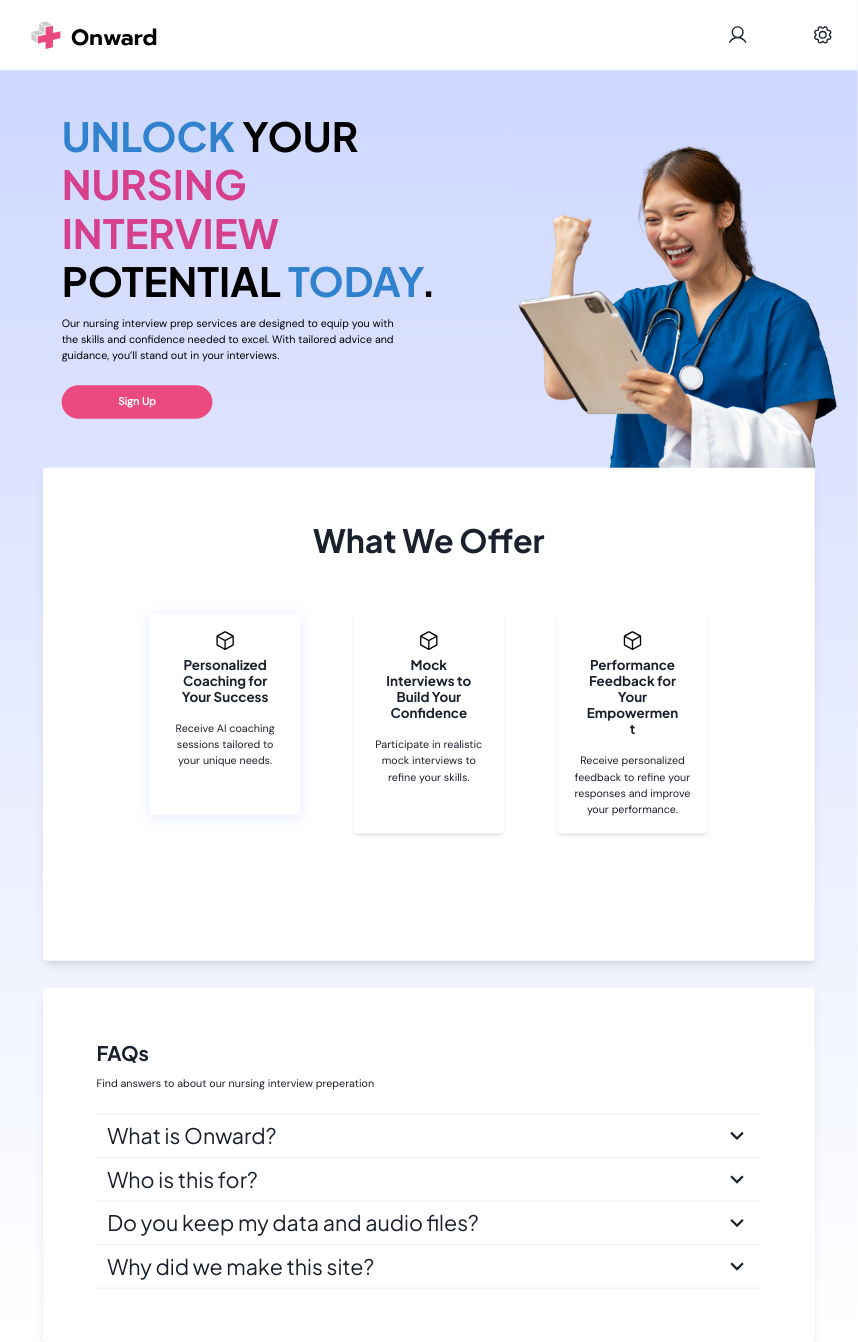
Repository: Aladdin3r/onward
Page: /landing-page
An editor plug-in stored every save of this project. The page is shown before and after a run of saves, followed by the edit.
The browser window is 1280 px wide. The pictures show the whole page, at 67% of full size.
The project was rebuilt for these pictures with package versions that can differ from the ones it lists, and the page was loaded fresh each time. The framework's server and built-in components were replaced by stand-ins that run in the browser. Also part of the build but not shown: next.config.mjs.

Above is the page before, as saved 2024-10-29 03:25:06.

### pages/_app.js
import { ChakraProvider } from "@chakra-ui/react";
import theme from "@/styles/theme";

function MyApp({ Component, pageProps }) {
  return (
    <ChakraProvider theme={theme}>
      <Component {...pageProps} />
    </ChakraProvider>
  );
}

export default MyApp;

### pages/_document.js
import { Html, Head, Main, NextScript } from "next/document";

export default function Document() {
  return (
    <Html lang="en">
      <Head>
        <link
          href="https://fonts.googleapis.com/css2?family=DM+Sans:wght@400&family=Plus+Jakarta+Sans:wght@400;600;700&display=swap"
          rel="stylesheet"
        />
      </Head>
      <body>
        <Main />
        <NextScript />
      </body>
    </Html>
  );
}

### pages/landing-page.js
import {
    Box,
    Flex,
    Heading,
    Text,
    Stack,
    Button,
    Accordion,
    AccordionItem,
    AccordionButton,
    AccordionPanel,
    AccordionIcon,
    Image
} from "@chakra-ui/react";
import TopNav from "@/styles/components/TopNav";
import { useRouter } from 'next/router';

export default function Home() {
    const router = useRouter();

    // Button action function
    const handleSignUp = () => {
        router.push('/signup'); // Navigate to the sign-up page
    };

    return (
        <Box
            bgGradient="linear(to-b, #CBD5FF, #FFFFFF)"
            minH="100vh"

        >
            {/* Hero Section */}
            <TopNav />

            <Flex
                p={3}
                width="100%"
                mb={0}
                flexDirection="row"
                alignItems="center"
                justifyContent="space-between"
                gap="2rem"
            >
                <Flex flexDirection="column" zIndex={1} ml="20">
                    <Heading
                        fontFamily="heading"
                        fontSize="6xl"
                        fontWeight="bold"
                        width="88%"
                        mb={4}
                    >
                        <Text as="span" color="blue.500">UNLOCK </Text>
                        <Text as="span" color="black">YOUR </Text>
                        <Text as="span" color="pink.500">NURSING INTERVIEW </Text>
                        <Text as="span" color="black">POTENTIAL </Text>
                        <Text as="span" color="blue.500">TODAY</Text>
                        <Text as="span" color="black">. </Text>
                    </Heading>
                    <Text fontFamily="body" fontSize="x" color="black" mb={6} width="78%">
                        Our nursing interview prep services are designed to equip you with the skills and confidence needed to excel. With tailored advice and guidance, you’ll stand out in your interviews.
                    </Text>
                    <Button
                        mt="2"
                        bg="#EA4A7D"
                        color="#FFFFFF"
                        width="50%"
                        height="50px"
                        maxW="225px"
                        fontWeight="semibold"
                        fontSize="16px"
                        borderRadius="full"
                        px="6"
                        mb="6"
                    >
                        Sign Up
                    </Button>
                </Flex>

                <Box width="95%" >
                    <Image
                        src="/images/ipad-nurse.png"
                        alt="IPad Nurse"
                        width="100%"
                        height="auto"
                        objectFit="cover"
                        ml={-15}
                    />
                </Box>
            </Flex>


            {/* What We Offer Section */}
            <Box p={40} textAlign="center" borderRadius="md" boxShadow="lg" maxW="90%" mx="auto" bg={"white"} mt={-3}>
                <Heading fontFamily="heading" fontSize="5xl" mb={20} mt={-20}>What We Offer</Heading>
                <Flex justify="center" gap={20} mb={30}>
                    <Stack
                        width="300px"
                        height="300px"
                        borderRadius="md"
                        boxShadow={`0 4px 20px rgba(203, 213, 255, 0.5)`} // Custom shadow color
                        p={6}
                        textAlign="center"
                        alignItems="center"
                    >
                        <svg xmlns="http://www.w3.org/2000/svg" width="32" height="32" fill="#000000" viewBox="0 0 256 256"><path d="M223.68,66.15,135.68,18h0a15.88,15.88,0,0,0-15.36,0l-88,48.17a16,16,0,0,0-8.32,14v95.64a16,16,0,0,0,8.32,14l88,48.17a15.88,15.88,0,0,0,15.36,0l88-48.17a16,16,0,0,0,8.32-14V80.18A16,16,0,0,0,223.68,66.15ZM128,32h0l80.34,44L128,120,47.66,76ZM40,90l80,43.78v85.79L40,175.82Zm96,129.57V133.82L216,90v85.78Z"></path></svg>
                        <Heading width="80%" fontFamily="heading" fontSize="xl" mb={4}>Personalized Coaching for Your Success</Heading>
                        <Text fontFamily="body">
                            Receive AI coaching sessions tailored to your unique needs.
                        </Text>
                    </Stack>
                    <Stack width="300px" borderRadius="md" boxShadow="md" p={6} textAlign="center" alignItems="center">
                        <svg xmlns="http://www.w3.org/2000/svg" width="32" height="32" fill="#000000" viewBox="0 0 256 256"><path d="M223.68,66.15,135.68,18h0a15.88,15.88,0,0,0-15.36,0l-88,48.17a16,16,0,0,0-8.32,14v95.64a16,16,0,0,0,8.32,14l88,48.17a15.88,15.88,0,0,0,15.36,0l88-48.17a16,16,0,0,0,8.32-14V80.18A16,16,0,0,0,223.68,66.15ZM128,32h0l80.34,44L128,120,47.66,76ZM40,90l80,43.78v85.79L40,175.82Zm96,129.57V133.82L216,90v85.78Z"></path></svg>
                        <Heading width="80%" fontFamily="heading" fontSize="xl" mb={4}>Mock Interviews to Build Your Confidence</Heading>
                        <Text fontFamily="body">
                            Participate in realistic mock interviews to refine your skills.
                        </Text>
                    </Stack>
                    <Stack width="300px" borderRadius="md" boxShadow="md" p={6} textAlign="center" alignItems="center">
                        <svg xmlns="http://www.w3.org/2000/svg" width="32" height="32" fill="#000000" viewBox="0 0 256 256"><path d="M223.68,66.15,135.68,18h0a15.88,15.88,0,0,0-15.36,0l-88,48.17a16,16,0,0,0-8.32,14v95.64a16,16,0,0,0,8.32,14l88,48.17a15.88,15.88,0,0,0,15.36,0l88-48.17a16,16,0,0,0,8.32-14V80.18A16,16,0,0,0,223.68,66.15ZM128,32h0l80.34,44L128,120,47.66,76ZM40,90l80,43.78v85.79L40,175.82Zm96,129.57V133.82L216,90v85.78Z"></path></svg>
                        <Heading width="80%" fontFamily="heading" fontSize="xl" mb={4}>Performance Feedback for Your Empowerment</Heading>
                        <Text fontFamily="body">
                            Receive personalized feedback to refine your responses and improve your performance.
                        </Text>
                    </Stack>
                </Flex>
            </Box>

            {/* FAQ Section */}
            <Box p={20} borderRadius="md" boxShadow="lg" maxW="90%" mx="auto" bg={"white"} mt={10}>
                <Heading fontFamily="heading" fontSize="3xl" textAlign="left" mb={4}>FAQs</Heading>
                <Text fontFamily="body" fontSize="s" textAlign="left" mb={8}>
                    Find answers to about our nursing interview preperation
                </Text>
                <Accordion allowToggle>
                    <AccordionItem>
                        <h2>
                            <AccordionButton>
                                <Box as="span" flex="1" textAlign="left" fontFamily="heading">What is Onward?</Box>
                                <AccordionIcon />
                            </AccordionButton>
                        </h2>
                        <AccordionPanel pb={4} fontFamily="body">
                            Onward is an AI-powered personal interview coach designed for nurses to enhance their job interview skills.
                        </AccordionPanel>
                    </AccordionItem>
                    <AccordionItem>
                        <h2>
                            <AccordionButton>
                                <Box as="span" flex="1" textAlign="left" fontFamily="heading">Who is this for?</Box>
                                <AccordionIcon />
                            </AccordionButton>
                        </h2>
                        <AccordionPanel pb={4} fontFamily="body">
                            This service is designed for nurses, especially those new to the Canadian healthcare system.
                        </AccordionPanel>
                    </AccordionItem>
                    <AccordionItem>
                        <h2>
                            <AccordionButton>
                                <Box as="span" flex="1" textAlign="left" fontFamily="heading">Do you keep my data and audio files?</Box>
                                <AccordionIcon />
                            </AccordionButton>
                        </h2>
                        <AccordionPanel pb={4} fontFamily="body">
                            Yes, we securely store data as per our privacy policy to enhance your interview coaching experience.
                        </AccordionPanel>
                    </AccordionItem>
                    <AccordionItem>
                        <h2>
                            <AccordionButton>
                                <Box as="span" flex="1" textAlign="left" fontFamily="heading">Why did we make this site?</Box>
                                <AccordionIcon />
                            </AccordionButton>
                        </h2>
                        <AccordionPanel pb={4} fontFamily="body">
                            Onward aims to empower nurses by providing interview preparation tools tailored to their needs.
                        </AccordionPanel>
                    </AccordionItem>
                </Accordion>
            </Box>        </Box>
    );
}

### styles/theme.js
import { extendTheme } from "@chakra-ui/react";
import { theme as chakraTheme } from "@chakra-ui/react";
import Button from './components/Button';
import { Stepper } from "@chakra-ui/react";

const fonts = {
    ...chakraTheme.fonts,
    body: "DM Sans",
    heading: "Plus Jakarta Sans",
}

const overrides = {
    ...chakraTheme,
    fonts,
    components: {
        Button: {
            ...Button,
        },
    },
    fontWeights: {
        normal: 400,
        medium: 500,
        bold: 700,
    },
    fontSizes: {
        xxs: "14pt",
        xs: "16pt",
        sm: "20pt",
        md: "24pt",
        lg: "32pt",
    },
    colors: {
       brand: {
        blushPink: "#EA4A7D",
        pastelBlue: "#CBD5FF",
        blueberryCreme: "#EBEFFF",
        frostWhite: "#FAFAFA",
        nightBlack: "#1f1f1f",
        platinum: "#e2e2e2",
        confirmationGreen: "#61CD3D",
        imperialRed: "EA4A4D",
        canaryYellow: "#EAE84A",
        oceanBlue: "#214DDF",
        pureWhite: "#FFFFFF"
        }
    },
    styles: {
        global: {
            body: {
                bg: "frostWhite",
            },
        },
    },
}

const customTheme = extendTheme(overrides);

export default customTheme;

### styles/components/TopNav.js
'use client'
import {
    Box,
    Flex,
    useColorModeValue,
    IconButton,
    Image,
    Link,
} from "@chakra-ui/react";
import { User, Gear } from "@phosphor-icons/react";

export default function TopNav() {
    const bgColor = useColorModeValue('#fff', 'brand.nightBlack');

    return (
        <Box bg={bgColor} px={4} borderBottom="1px solid #E6EAF2">
            <Flex h={"104px"} alignItems={'center'} justifyContent={'space-between'}>
                <Box fontSize={{ base: 'md', md: 'lg' }}>
                    <Link href="/">
                        <Image src="logo.svg" boxSize="253px" alt="Onward Logo" style={{ padding: "30px" }} />
                    </Link>
                </Box>
                <Flex alignItems={'center'}>
                    <Link href="/user">
                        <IconButton
                            aria-label="User settings"
                            icon={<User />}
                            variant="ghost"
                            mr="55px"
                        />
                    </Link>
                    <Link href="/settings">
                        <IconButton
                            aria-label="Settings"
                            icon={<Gear />}
                            variant="ghost"
                        />
                    </Link>
                </Flex>
            </Flex>
        </Box>
    );
}

### styles/components/Button.js
const Button = {
    baseStyle: {
      display: 'flex',
      borderRadius: '999px',
      fontFamily: 'DM Sans',
      _hover: {
        boxShadow: '0px 4px 4px 0px rgba(0, 0, 0, 0.45)',
      },
      padding: 3,
    },
    sizes: {
      xs: {
        fontSize: ['12pt', '14pt', '16pt'], // Responsive font sizes for xs
        px: [2, 3], // Responsive padding
      },
      sm: {
        fontSize: ['14pt', '16pt', '20pt'],
        px: [2, 4],
      },
      md: {
        fontSize: ['16pt', '20pt', '24pt'],
        px: [3, 5],
      },
      lg: {
        fontSize: ['20pt', '28pt', '32pt'],
        px: [4, 6],
      },
    },
    variants: {
      lgPrimary: {
        bg: 'brand.blushPink',
        color: 'brand.frostWhite',
        width: ['100%', '325px'], // 100% width on smaller screens
        height: '72px',
        fontSize: ['20pt', '28pt', '32pt'], // Responsive font size
        borderRadius: '999px',
      },
      mdPrimary: {
        bg: 'brand.blushPink',
        color: 'brand.frostWhite',
        width: ['100%', '225px'],
        height: '72px',
        fontSize: ['16pt', '20pt', '24pt'],
        borderRadius: '999px',
      },
      smPrimary: {
        bg: 'brand.blushPink',
        color: 'brand.frostWhite',
        width: ['100%', '150px'],
        height: '64px',
        fontSize: ['14pt', '16pt', '20pt'],
        borderRadius: '999px',
      },
      xsPrimary: {
        bg: 'brand.blushPink',
        color: 'brand.frostWhite',
        width: ['100%', '117px'],
        height: '32px',
        fontSize: ['12pt', '14pt', '18pt'],
        borderRadius: '999px',
      },
      lgSecondary: {
        bg: 'brand.platinum',
        color: 'brand.nightBlack',
        width: ['100%', '325px'],
        height: '72px',
        fontSize: ['20pt', '28pt', '32pt'],
        borderRadius: '999px',
        _hover: {
          bg: 'brand.blushPink',
          color: 'brand.frostWhite',
          boxShadow: '0px 4px 4px 0px rgba(0, 0, 0, 0.45)',
        },
      },
      mdSecondary: {
        bg: 'brand.platinum',
        color: 'brand.nightBlack',
        width: ['100%', '225px'],
        height: '72px',
        fontSize: ['16pt', '20pt', '24pt'],
        borderRadius: '999px',
        _hover: {
          bg: 'brand.blushPink',
          color: 'brand.frostWhite',
          boxShadow: '0px 4px 4px 0px rgba(0, 0, 0, 0.45)',
        },
      },
      smSecondary: {
        bg: 'brand.platinum',
        color: 'brand.nightBlack',
        width: ['100%', '150px'],
        height: '64px',
        fontSize: ['14pt', '16pt', '20pt'],
        borderRadius: '999px',
        _hover: {
          bg: 'brand.blushPink',
          color: 'brand.frostWhite',
          boxShadow: '0px 4px 4px 0px rgba(0, 0, 0, 0.45)',
        },
      },
      xsSecondary: {
        bg: 'brand.platinum',
        color: 'brand.nightBlack',
        width: ['100%', '117px'],
        height: '32px',
        fontSize: ['12pt', '14pt', '18pt'],
        borderRadius: '999px',
        _hover: {
          bg: 'brand.blushPink',
          color: 'brand.frostWhite',
          boxShadow: '0px 4px 4px 0px rgba(0, 0, 0, 0.45)',
        },
      },
    },
  };

  export default Button;

After the next 4 saves:
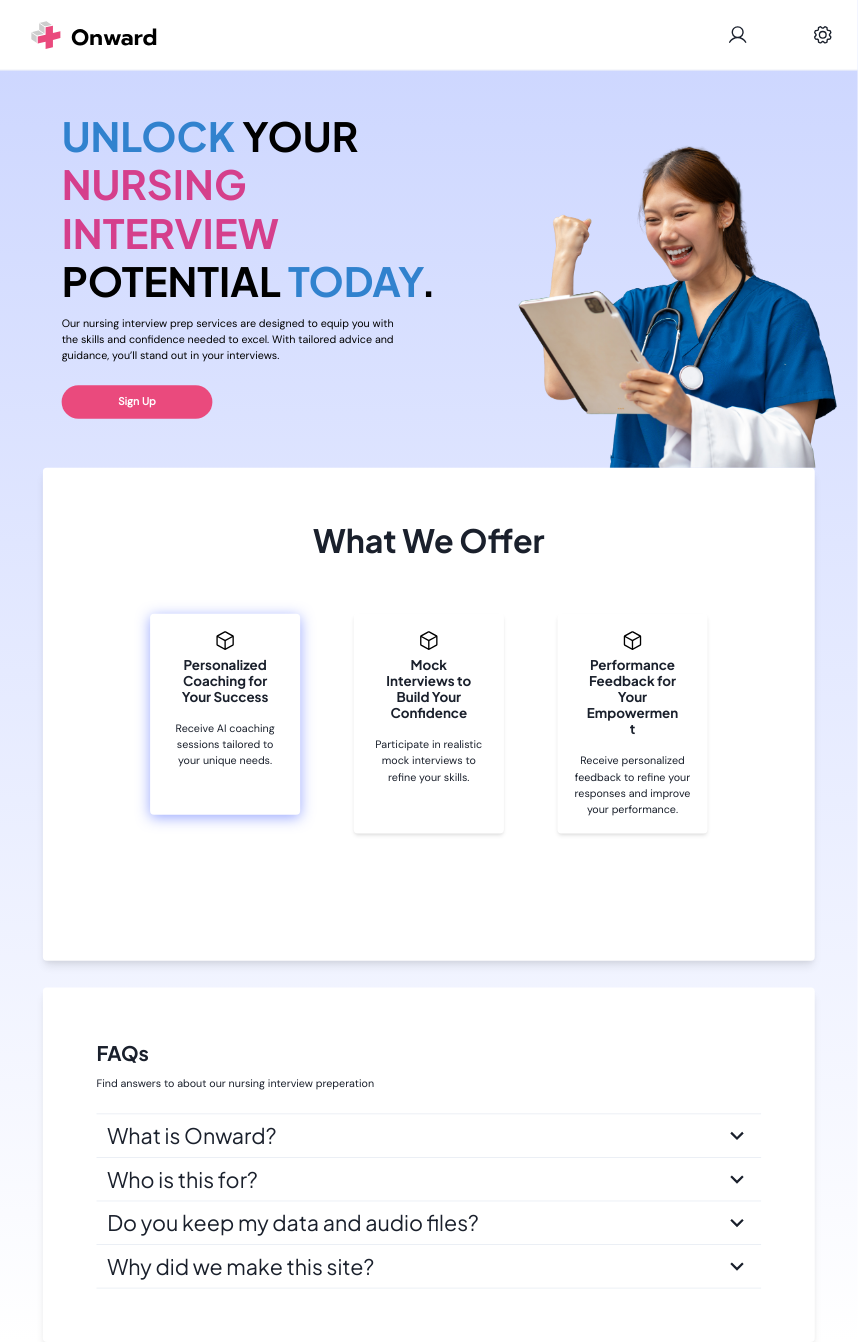
The 4 saves are shown as one change because they came seconds apart.
The last was saved 13 s later.
--- a/pages/landing-page.js
+++ b/pages/landing-page.js
@@ -97,7 +97,7 @@ export default function Home() {
                         width="300px"
                         height="300px"
                         borderRadius="md"
-                        boxShadow={`0 4px 20px rgba(203, 213, 255, 0.5)`} // Custom shadow color
+                        boxShadow={`0 4px 20px rgba(51, 82, 255, 0.5)`} // Custom shadow color
                         p={6}
                         textAlign="center"
                         alignItems="center"
